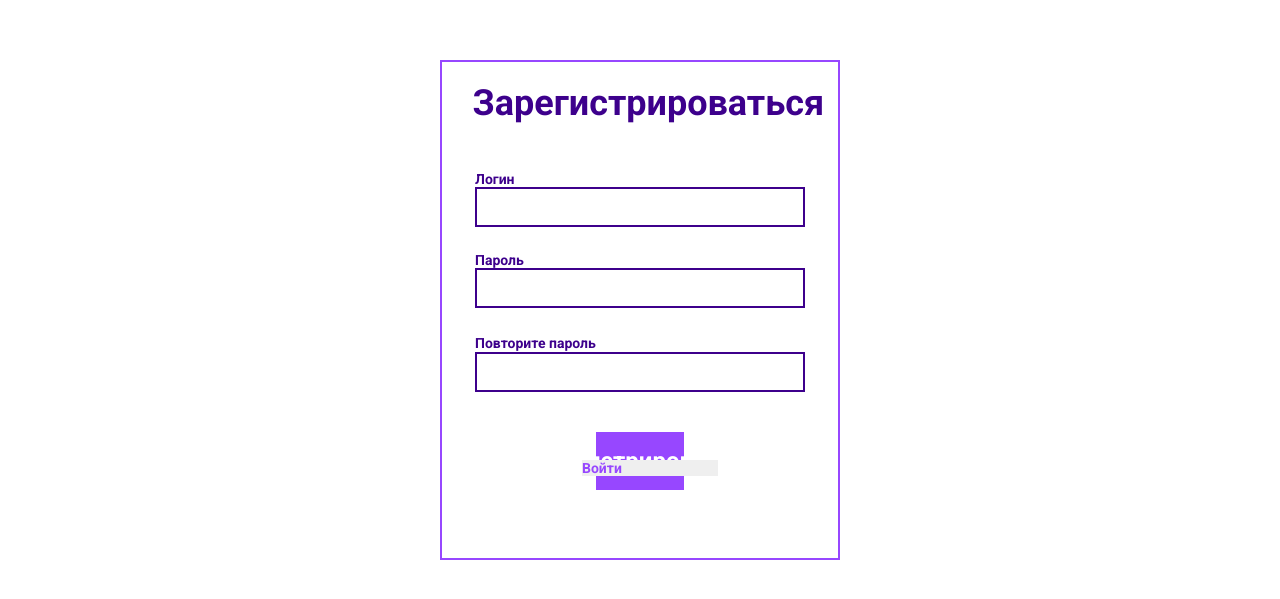
Repository: TimurZinatulin/Web_Shishki_1
Page: /main
The author's editor kept a copy of each file at every save. The page is drawn from the files as they stood at one save, then again after the next save.
The browser window is 1280 px wide. The pictures show the whole page.
The project was rebuilt for these pictures with package versions that can differ from the ones it lists, and the page was loaded fresh each time. Also part of the build but not shown: vite.config.js, vue.config.js, src/views/LoginView.vue, src/components/HelloWorld.vue, src/views/MainView.vue, src/views/HomeView.vue, src/views/EditView.vue, src/views/FavoriteView.vue and 3 more.

Above is the page before, as saved 2023-06-10 23:06:40.
Console error: TypeError: Cannot read properties of null (reading 'user')

### src/main.js
import { createApp } from 'vue'
//import './style.css'
import App from './App.vue'
import router from './router'
import store from './store.js'

createApp(App).use(store).use(router).mount('#app')

### src/App.vue
<template>
  <!-- Проверка доступности пользователя в хранилище; при недоступности - показываем компонент авторизации-->
  <Auth v-if="!store.state.user" />
  <!-- Если пользователь доступен, показываем компонент Hello World -->
  <EmptyLayout v-else msg="Hello Vue 3 + Vite" />
</template>

<script>
import Auth from './components/Auth.vue';
import HelloWorld from './components/HelloWorld.vue';
import HeaderComp from './components/HeaderComp.vue';
import EmptyLayout from './layouts/EmptyLayout.vue';
import MainLayout from './layouts/MainLayout.vue';
import ExtraLayout from './layouts/ExtraLayout.vue';
import RegisterView from './views/RegisterView.vue';

import store from "./store.js";
import { supabase } from "./supabase";

export default {
  computed: {
    layout() {
      return this.$route.meta.layout + '-layout';
    }
  },
  components: {
    HelloWorld, Auth, HeaderComp, EmptyLayout, MainLayout, ExtraLayout, RegisterView
  },
  setup() {
    // сначала проверяем, вошел ли пользователь в систему с помощью Supabase
    store.state.user = supabase.auth.user;
    // затем настраиваем слушатель для обновления хранилища, если меняется пользователь - выходит из системы или входит
    supabase.auth.onAuthStateChange((event, session) => {
      if (event == "SIGNED_OUT") {
        store.state.user = null;
      } else {
        store.state.user = session.user;
      }
    });

    return {
      store,
    };
  },
};
</script>

<style>
/* @import '@/templates/main_page.css'; */
</style>

### src/router/index.js
import { createRouter, createWebHistory } from 'vue-router'
import HomeView from '../views/HomeView.vue'
import MainView from '../views/MainView.vue'
import EditView from '../views/EditView.vue'
import FavoriteView from '../views/FavoriteView.vue'
import MyProjectsView from '../views/MyProjectsView.vue'
import LoginView from '../views/LoginView.vue'
import RegisterView from '../views/RegisterView.vue'
import CreateProjectView from '../views/CreateProjectView.vue'
import ProjectView from '../views/ProjectView.vue'


const routes = [
  {
    path: '/',
    name: 'home',
    component: HomeView
  },
  {
    path: '/main',
    name: 'main',
    meta: {layout: 'main'},
    component: MainView
  },
  {
    path: '/edit',
    name: 'edit',
    meta: {layout: 'extra'},
    component: EditView
  },
  {
    path: '/favs',
    name: 'favs',
    meta: {layout: 'extra'},
    component: FavoriteView
  },
  {
    path: '/my_projects',
    name: 'my',
    meta: {layout: 'extra'},
    component: MyProjectsView
  },
  {
    path: '/login',
    name: 'login',
    meta: {layout: 'empty'},
    component: LoginView
  },
  {
    path: '/register',
    name: 'register',
    meta: {layout: 'empty'},
    component: RegisterView
  },
  {
    path: '/create_project',
    name: 'create_project',
    meta: {layout: 'extra'},
    component: CreateProjectView
  },
  {
    path: '/project',
    name: 'project',
    meta: {layout: 'extra'},
    component: ProjectView
  },
  {
    path: '/profile',
    name: 'profile',
    meta: {layout: 'extra'},
    component: () => import('../views/ProfileView.vue')
  }
]

const router = createRouter({
  history: createWebHistory(import.meta.env.BASE_URL),
  routes
})

export default router

### src/store.js
import { reactive } from "vue";

const store = {
    state: reactive({
        user: {},
    }),
};

export default store

### src/components/Auth.vue
<template>
    <div>
        <register-view v-if="isSignUp" />
        <login-view v-else />
        <button id="reg_btn" @click="isSignUp = !isSignUp">
            {{
                isSignUp
                ? "Войти"
                : "Зарегистрироваться"
            }}
        </button>
    </div>
</template>

<script>
import { ref } from "vue";
import RegisterView from "../views/RegisterView.vue";
import LoginView from "../views/LoginView.vue";

export default {
    components: { RegisterView, LoginView },
    setup() {
        const isSignUp = ref(true);
        return {
            isSignUp,
        };
    },
};
</script>

<style scoped>
</style>

### src/components/HeaderComp.vue
<template>
    <div id="header" class="wrapper">
        <div id="head-cont">
            <li><router-link to="/main" style="position: relative; left: -280px;" href="http://localhost:5173/main"><img id="logo" src="../assets/ShishkiD.png" style="width: 70px; height: 70px;"></router-link></li>
            <input class="input" type="text" placeholder="Найти...">
            <ul style="left: 400px;">
                <li><router-link to="/favs" class="btn2">Избранное</router-link></li>
                <li><router-link to="/my_projects" class="btn2">Мои проекты</router-link></li>
                <li><router-link to="/edit" class="btn2">Редактировать профиль</router-link></li>
                <li><router-link to="/create_project" class="btn2">Новый проект</router-link></li>
                <li><button @click="signOut" class="btn2">Выйти</button></li>
            </ul>
        </div>
    </div>
</template>

<script setup>
import { ref } from "vue";
import { supabase } from "../supabase";

defineProps({
  msg: String,
});

async function signOut() {
  const { error } = await supabase.auth.signOut();
}
</script>

<style>
@import url('https://fonts.googleapis.com/css2?family=Roboto:wght@700&display=swap');
</style>

### src/layouts/EmptyLayout.vue
<template>
    <!-- <div id="header" class="wrapper">
        <div id="head-cont">
            <a style="position: relative; left: -280px;" href="http://localhost:8080/main"><img id="logo" src="../assets/ShishkiD.png" style="width: 70px; height: 70px;"></a>
            <input class="input" type="text" placeholder="Найти...">
            <ul>
                <li><router-link to="/favs" class="btn2">Избранное</router-link></li>
                <li><router-link to="/create_project" class="btn2">Новый проект</router-link></li>
                <li><router-link to="/login" class="link">Войти</router-link></li>
            </ul>
        </div>
    </div> -->
    <HeaderComp />
    <RouterView />
</template>

<script>
import HeaderComp from '@/components/HeaderComp.vue'

export default {
    components: {
        HeaderComp
    }
}
</script>

<style>
@import '@/templates/login.css';
@import '@/templates/main_page.css';
@import '@/templates/reg.css';
</style>

### src/layouts/MainLayout.vue
<template>
    <div id="app1">
        <HeaderComp />
        <div id="article">
            <h1 id="h1">Digital<br>
            portfolio</h1><br>
            <p>Уникальный сервис для<br>размещения своих проектов и<br>наработок</p><br>
            <a href="http://localhost:8080/create_project" class="btn">Создать проект</a>
            <button @click="signOut">Sign Out</button>
            <img id="logo2" src="../assets/chelik.png">
            <h2 id="h2">Популярные проекты</h2>
        </div>
        <div id="projects" style="left: -10px;">
        </div>
    </div>
</template>

<script>
import HeaderComp from '@/components/HeaderComp.vue'
import MainView from '@/views/MainView.vue'


export default {
    components: {
        HeaderComp, MainView
    }
}
</script>

<style>
@import '@/templates/login.css';
@import '@/templates/main_page.css';
@import '@/templates/reg.css';
</style>

### src/layouts/ExtraLayout.vue
<template>
    <HeaderComp />
</template>

<script>
import HeaderComp from '@/components/HeaderComp.vue'

export default {
    components: {
        HeaderComp,
    }
}
</script>

<style>
@import '@/templates/login.css';
@import '@/templates/main_page.css';
@import '@/templates/reg.css';
</style>

### src/views/RegisterView.vue
<template>
    <div id="log_card">
        <h1 id="log_name" style="position: relative; top: -30px; left: -10px;">Зарегистрироваться</h1>
        <form @submit.prevent="handleSignup">
            <p class="p">Логин</p>
            <input class="input1" style="top: -75px;" type="email" v-model="email">
            <p class="p">Пароль</p>
            <input class="input1" style="top: -75px;" type="password" v-model="password">
            <p class="p" style="display:inline; position:relative; left: 0px;">Повторите пароль</p>
            <input class="input1" style="top: -70px;" type="password" v-model="password">
            <button type="submit" id="log_btn">Зарегистрироваться</button>
        </form>
    </div>
</template>

<script>
import { ref } from "vue";
import { supabase } from "../supabase";

export default {
    setup() {
        const email = ref("");
        const password = ref("");

        const handleSignup = async () => {
            try {
                // Задействуем предоставленный Supabase метод для обработки регистрации
                const { error } = await supabase.auth.signUp({
                    email: email.value,
                    password: password.value,
                });
                if (error) throw error;
            } catch (error) {
                alert(error.error_description || error.message);
            }
        };

        return {
            email,
            password,
            handleSignup,
        };
    },
};
</script>

### src/templates/login.css
#log_card{
    box-sizing: border-box;
    display: flex;
    flex-direction: column;
    justify-content: space-between;
    align-items: center;
    padding: 50px 10px;
    gap: 50px;
    width: 400px;
    height: 500px;
    border: 2px solid #9747FF;
    flex: none;
    order: 1;
    flex-grow: 0;
    position: relative;
    top: 60px;
}

#log_name{
    width: 315px;
    height: 49px;
    font-family: 'Roboto';
    font-style: normal;
    font-weight: 600;
    font-size: 36px;
    line-height: 42px;
    text-align: center;
    color: #3D008C;
    flex: none;
    order: 0;
    flex-grow: 0;
}

#log_btn{
    display: flex;
    flex-direction: row;
    justify-content: center;
    align-items: center;
    padding: 10px;
    width: 88px;
    height: 58px;
    background: #9747FF;
    flex: none;
    order: 0;
    flex-grow: 0;
    border: none;
    color: white;
    position: relative;
    bottom: 50px;
    border: 2px solid #9747FF;
    animation: ch-color-1 0.5s forwards;
    font-size: 24px;
}

#log_btn:hover{
    animation: ch-color-2 0.5s forwards;
}

@keyframes ch-color-1 {
    from {
      background-color: white;
      color: #9747FF;
    }
    to {
      background-color: #9747FF;
      color: white;
    }
  }

  @keyframes ch-color-2 {
    from {
      background-color: #9747FF;
      color: white;
    }
    to {
      background-color: white;
      color: #9747FF;
    }
  }

#reg_btn{
    width: 136px;
    height: 16px;
    font-family: 'Roboto';
    font-style: normal;
    font-weight: 400;
    font-size: 14px;
    line-height: 16px;
    display: flex;
    align-items: center;
    text-align: center;
    color: #9747FF;
    flex: none;
    order: 0;
    flex-grow: 0;
    position: relative;
    left: 10px;
    top: -40px;
    border: none;
}

.p{
    width: 40px;
    height: 16px;
    font-family: 'Roboto';
    font-style: normal;
    font-weight: 600;
    font-size: 14px;
    line-height: 16px;
    display: flex;
    align-items: center;
    color: #3D008C;
    flex: none;
    order: 0;
    flex-grow: 0;
    position: relative;
    top: -70px;
    left: -145px;
    margin-bottom: 5px;
}

### src/templates/main_page.css
* {
  margin: 0 auto;
  padding: 0;
  box-sizing: border-box;
  font-size: 16px;
  font-family: 'Roboto', sans-serif;
  user-select: none;
}

#head-cont{
  max-width: 900px;
  width: 100%;
}

#article{
  width: 1500px;
  position: relative;
}

#header{
  width: 100%;
  height: 80px;
  margin: 0 auto;
  background-color: rgba(151, 71, 255, 1);
  margin-bottom: 15px;
  overflow: hidden;
}

.input{
  width: 500px;
  height: 50px;
  padding: 6px 0 4px 10px;
  border: none;
  background: rgba(206, 168, 255, 1);
  bottom: 20px;
  left: -325px;
  position: relative;
  font-size: 25px;
  padding-left: 25px;
  outline: none;
}

.input::-webkit-input-placeholder {
  color: white;
}

.input::-moz-placeholder {
  color: white;
}

.input1{
  box-sizing: border-box;
  display: flex;
  flex-direction: row;
  align-items: center;
  padding: 11px 10px;
  gap: 10px;
  width: 330px;
  height: 40px;
  border: 2px solid #3D008C;
  flex: none;
  order: 1;
  align-self: stretch;
  flex-grow: 0;
  position: relative;
  top: -20px;
  margin-bottom: 20px;
  outline: none;
}

#logo{
  position: relative;
  top: 5px;
}

#logo2{
  position: relative;
  width: 800px;
  height: 670px;
  left: 385px;
  bottom: 340px;
}

ul {
  list-style: none;
  margin: 0;
  padding-left: 0;
  position: relative;
  left: 710px;
  top: -55px;
}

a {
  text-decoration: none;
  color: white;
}

.link1 {
  display: flex;
  flex-direction: row;
  justify-content: center;
  align-items: center;
  padding: 10px;
  background: #9747FF;
  flex: none;
  order: 0;
  flex-grow: 0;
  left: -275px;
  top: 220px;
  font-family: 'Roboto';
  font-style: normal;
  font-weight: 400;
  font-size: 16px;
}

.link1:hover{
  animation: ch-color-2 0.5s forwards;
}

.link {
  background: none;
  border: 2px solid white;
  color: white;
  padding: 15px 25px;
  animation: ch-color-1 0.5s forwards;
}

.link:hover{
  animation: ch-color-2 0.5s forwards;
}

@keyframes ch-color-1 {
  from {
    background-color: white;
    color: rgba(151, 71, 255, 1);
  }
  to {
    background-color: rgba(151, 71, 255, 1);
    color: white;
  }
}

@keyframes ch-color-2 {
  from {
    background-color: rgba(151, 71, 255, 1);
    color: white;
  }
  to {
    background-color: white;
    color: rgba(151, 71, 255, 1);
  }
}

li {
  display: inline;
  margin-right: 60px;
}

#h1 {
  font-size: 90px;
  position: relative;
  top: 100px;
  left: -450px;
  color: rgba(61, 0, 140, 1);
  width: 500px;
}

p{
  position: relative;
  color: rgba(61, 0, 140, 1);
  left: -445px;
  top: 100px;
  font-size: 32px;
  font-family: 'Roboto';
  font-style: normal;
  font-weight: 500;
  line-height: 38px;
  width: 500px;
}

.btn{
  position: relative;
  bottom: 500px;
  left: 55px;
  background: linear-gradient(rgba(255, 104, 86, 1), rgba(151, 71, 255, 1));
  color: white;
  font-size: 32px;
  font-style: normal;
  font-weight: 700;
  border: 3px solid linear-gradient(rgba(255, 104, 86, 1), rgba(151, 71, 255, 1));
  width: 315px;
  height: 90px;
  padding: 26px 37px;
}

#h2{
  position: absolute;
  top: 740px;
  left: 510px;
  color: rgba(61, 0, 140, 1);
  font-size: 48px;
}

#projects{
  justify-content: center;
  align-items: center;
  align-self: center;
  padding: 30px 90px;
  position: absolute;
  width: 1529px;
  height: 100%;
  background: linear-gradient(180deg, #3D008C 0%, #14002F 100%);
  flex: none;
  order: 3;
  flex-grow: 0;
  margin-top: -200px;
}

#content{
  display: flex;
  flex-direction: row;
  justify-content: center;
  align-items: center;
  padding: 30px 90px;
  gap: 90px;
  width: 1420px;
  height: 240px;
  flex: none;
  order: 0;
  flex-grow: 0;
}

.block{
  display: flex;
  flex-direction: column;
  align-items: center;
  padding: 10px;
  gap: 10px;
  position: absolute;
  width: 359px;
  height: 470px;
  background: linear-gradient(148.66deg, #FF6856 0%, #6F00FF 100%);
  border-radius: 30px;
  top: 70px;
}

.pic{
  position: relative;
  top: 20px;
  width: 340px;
  height: 310px;
  border-radius: 20px;
}

h3{
  color: white;
  font-size: 32px;
  position: relative;
  top: 10px;
}

.text{
  color: white;
  position: relative;
  top: 20px;
  text-align: center;
}

.like{
  display: flex;
  flex-direction: row;
  justify-content: center;
  align-items: center;
  padding: 10px 15px;
  gap: 10px;
  position: absolute;
  width: 117px;
  height: 38px;
  left: 20.5px;
  top: 100px;
  background: #FF6856;
  border-radius: 30px;
  color: white;
  overflow-y: hidden;
}

.pic2{
  width: 22px;
  height: 22px;
  transform: matrix(-1, 0, 0, 1, 0, 0);
  flex: none;
  order: 0;
  flex-grow: 0;
}

textarea{
  box-sizing: border-box;
  display: flex;
  width: 330px;
  height: 100px;
  gap: 10px;
  border: 2px solid #3D008C;
  flex: none;
  order: 1;
  flex-grow: 0;
  position: relative;
  top: 100px;
  resize: none;
}

#photo{
  width: 100px;
  height: 100px;
  border: 3px solid #3D008C;
  flex: none;
  order: 0;
  flex-grow: 0;
  border-radius: 100%;
  position: relative;
}

#photo1{
  width: 340px;
  height: 340px;
  border: 3px solid #9747FF;
  border-radius: 30px;
  flex: none;
  order: 0;
  flex-grow: 0;
}

#chphoto{
  display: flex;
  flex-direction: row;
  justify-content: center;
  align-items: center;
  padding: 10px 0px;
  gap: 26px;
  width: 331px;
  height: 120px;
  flex: none;
  order: 1;
  flex-grow: 0;
  position: relative;
  top: -535px;
}

#p{
  font-family: 'Roboto';
  font-style: normal;
  font-weight: 600;
  font-size: 14px;
  line-height: 16px;
  display: flex;
  align-items: center;
  color: #FFFFFF;
  position: relative;
  top: -50px;
  left: 135px;
}

#p1{
  font-family: 'Roboto';
  font-style: normal;
  font-weight: 600;
  font-size: 14px;
  line-height: 16px;
  display: flex;
  align-items: center;
  color: #FFFFFF;
  position: relative;
  top: -100px;
  left: 135px;
}

#p2{
  font-family: 'Roboto';
  font-style: normal;
  font-weight: 600;
  font-size: 16px;
  line-height: 19px;
  text-align: center;
  color: #FFFFFF;
  position: relative;
  top: 200px;
}

.btn2{
  padding: 20px 10px;
}

.btn2:hover{
  animation: ch-color-2 0.5s forwards;
}

### src/templates/reg.css
form{
    position: relative;
    top: 30px;
}

Loaded but not shown: index.html (common file); src/supabase.js (common file)

After the next save:
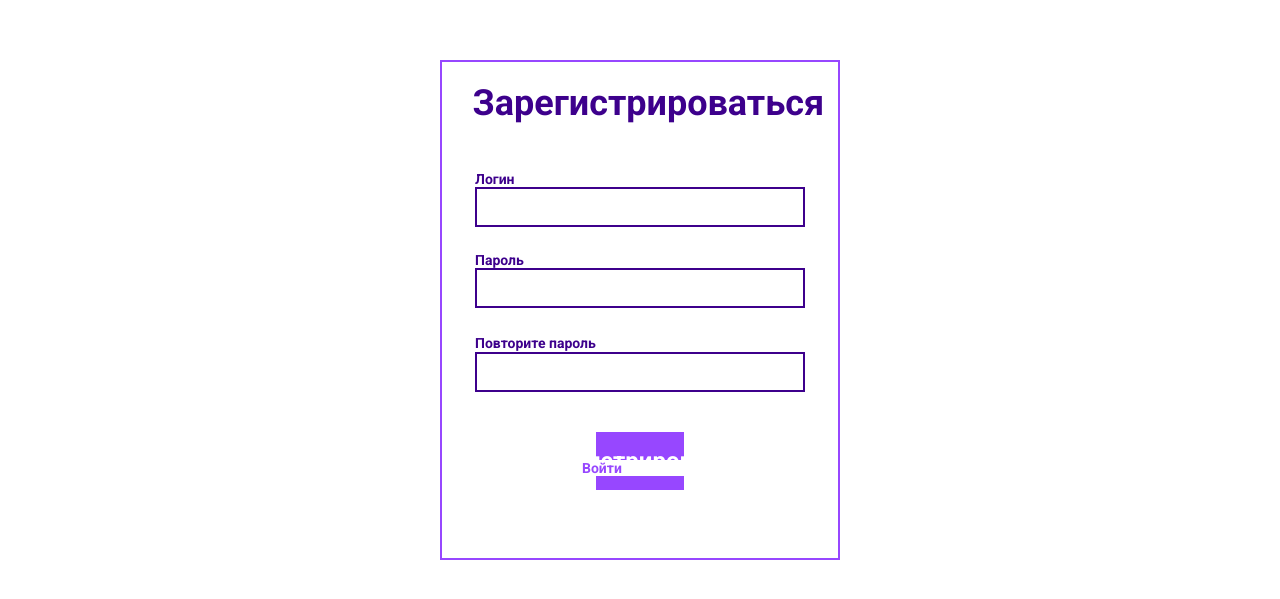
Saved 32 s later.
--- a/src/templates/login.css
+++ b/src/templates/login.css
@@ -97,6 +97,7 @@
     left: 10px;
     top: -40px;
     border: none;
+    background-color: white;
 }
 
 .p{
